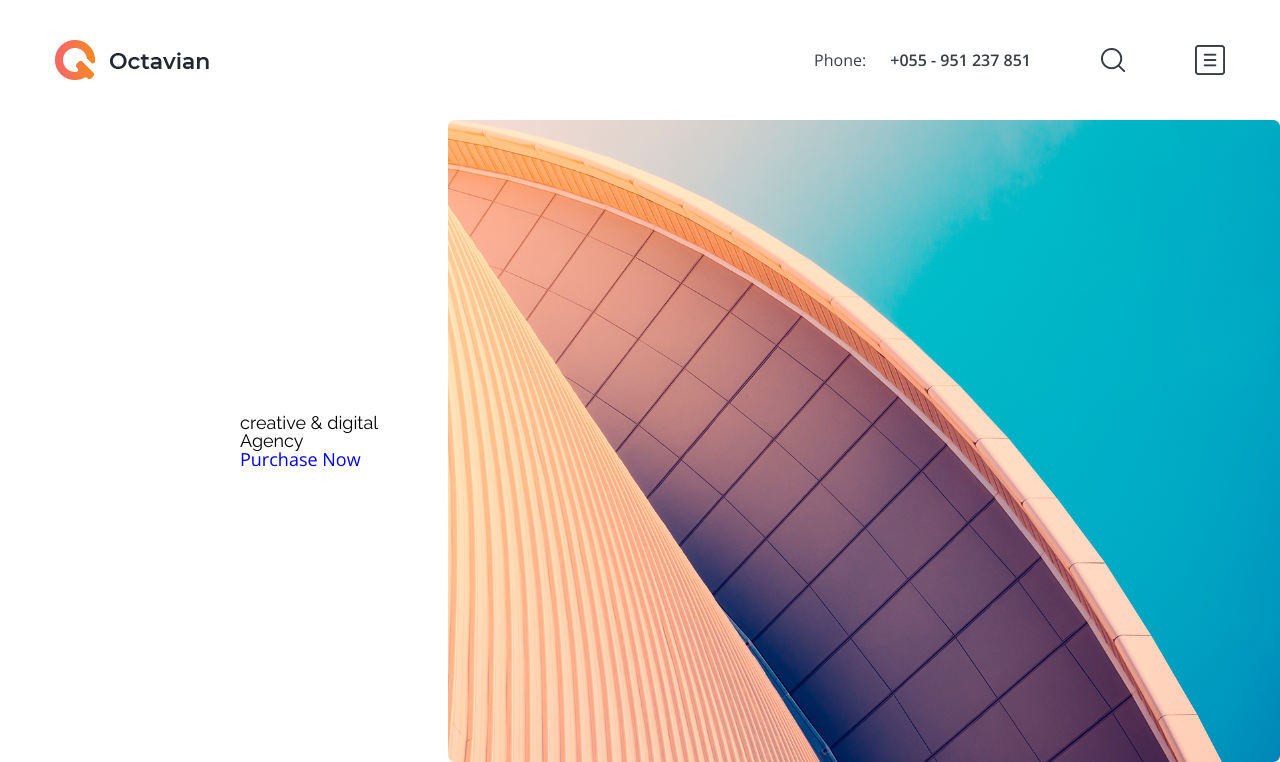
Repository: huydev0401/octavian-1
Page: index.html
An editor plug-in stored every save of this project. The page is shown before and after the next save, followed by the edit.
The browser window is 1280 px wide. The pictures show the whole page.
The style sheet was rebuilt from its Sass, Less or Tailwind sources for each picture, by a compiler version that may differ from the author's.

Above is the page before, as saved 2021-09-02 13:47:20.

After the next save:
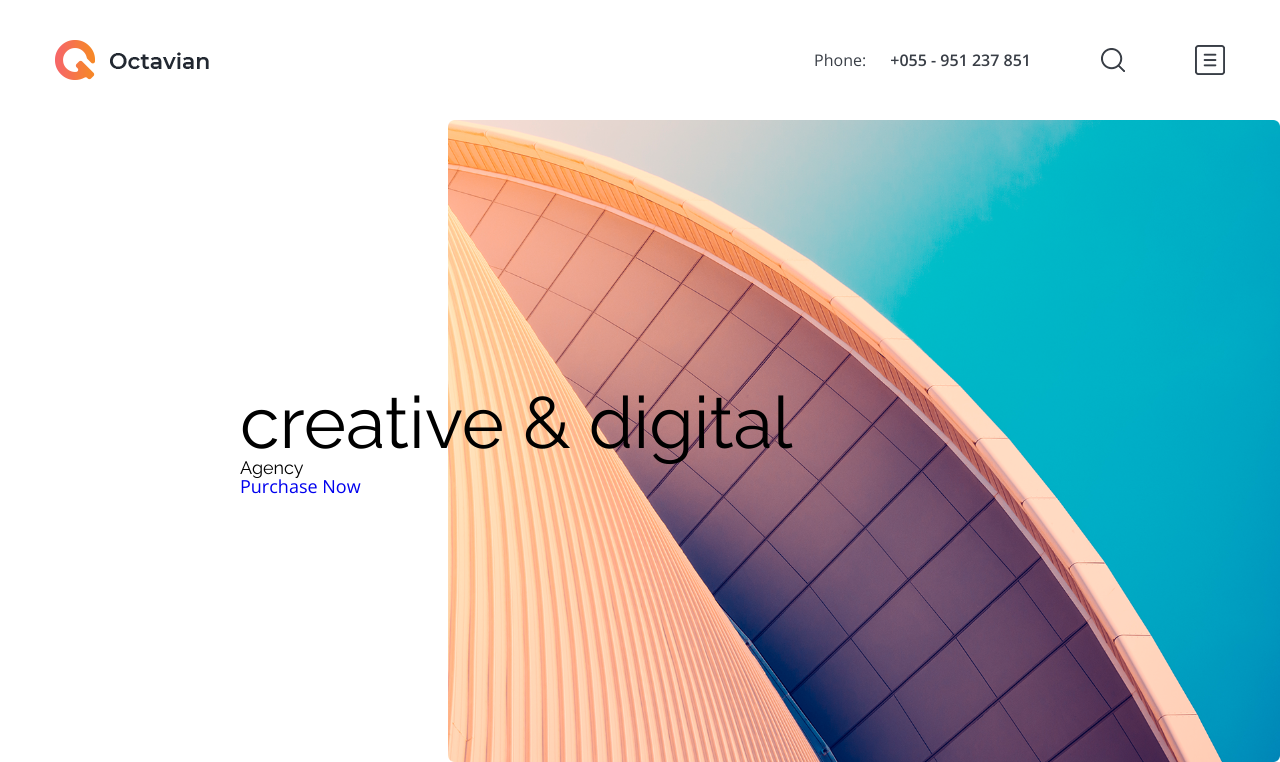
Saved 28 s later.
--- a/scss/_hero.scss
+++ b/scss/_hero.scss
@@ -10,4 +10,7 @@
     top: 50%;
     transform: translateY(-50%);
   }
+  &-caption {
+    font-size: 72px;
+  }
 }
